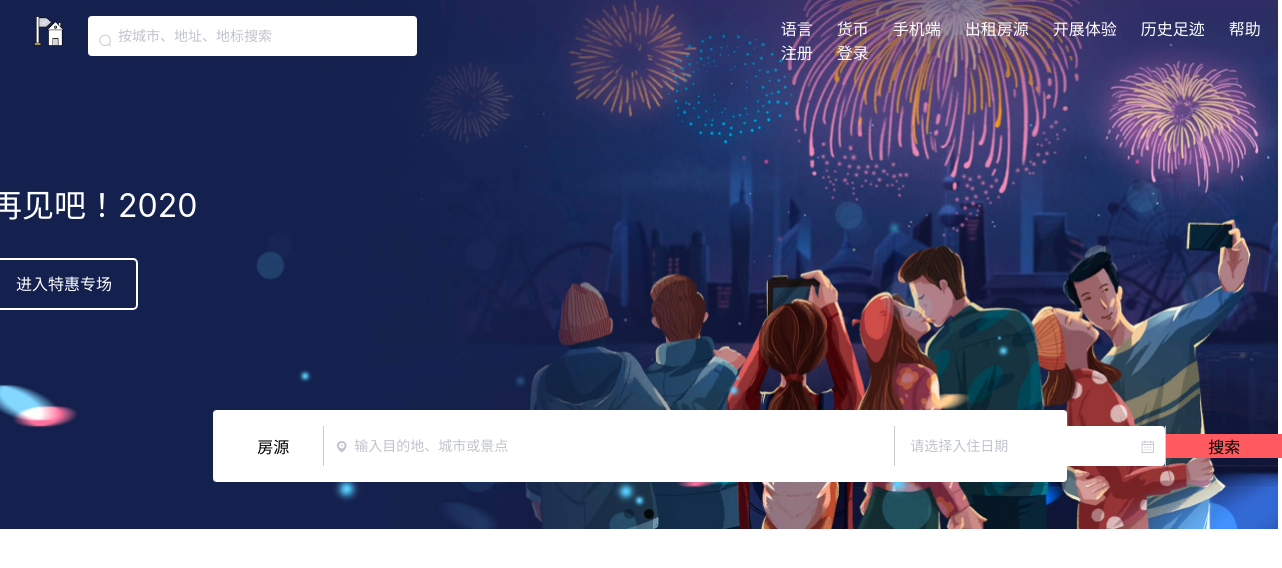
Repository: yz1181214391/my-airbnb
Page: /
These files come from the project's save history. The page is drawn as it stood at one moment and after the next save; the edit follows.
The browser window is 1280 px wide. The page is 1282 px wide, so the pictures cover 1282 px, including what lies to the right of the window. The pictures show the whole page.
The project was rebuilt for these pictures with package versions that can differ from the ones it lists, and the page was loaded fresh each time. Also part of the build but not shown: src/views/Language.vue, src/views/Currency.vue, src/views/Enter.vue, src/views/Experience.vue, src/views/Help.vue, src/views/History.vue, src/views/Mobile.vue, src/views/Register.vue and 1 more.

Above is the page before, as saved 2020-12-14 16:22:02.

### src/App.vue
<template>
  <div id="app">
    <div class="app-header">
      <Header/>
      <Banner class="banner"/>
    </div>

  </div>

</template>

<script>
import Banner from './components/Banner'
import Header from './components/Header'

export default {
   name: 'app',
  components:{
    Banner,
    Header
  }
}
</script>


<style lang="less">
// #app {
//   font-family: Avenir, Helvetica, Arial, sans-serif;
//   -webkit-font-smoothing: antialiased;
//   -moz-osx-font-smoothing: grayscale;
//   text-align: center;
//   color: #2c3e50;
// }

  html,body {margin: 0;padding: 0;height: 100%;width: 100%;}
  a {text-decoration: none;}
  body,div,dl,dt,dd,ul,ol,li,h1,h2,h3,h4,h5,h6,pre,form,fieldset,input,textarea,p,blockquote,th,td {margin: 0;padding: 0;}
  table {border-collapse: collapse;border-spacing: 0;}
  fieldset,img {border: 0;}
  address,caption,cite,code,dfn,em,strong,th,var {font-style: normal;font-weight: normal;}
  ol,ul {list-style: none;}
  caption,th {text-align: left;}
  h1,h2,h3,h4,h5,h6 {font-size: 100%;font-weight: normal;}
  q:before,q:after {content: '';}
  abbr,acronym {border: 0;}
  body{
      font-family: "Chinese Quote", -apple-system, BlinkMacSystemFont, "Segoe UI", "PingFang SC", "Hiragino Sans GB", "Microsoft YaHei", "Helvetica Neue", Helvetica, Arial, sans-serif, "Apple Color Emoji", "Segoe UI Emoji", "Segoe UI Symbol";
  }

  .banner{
    position: absolute;
    left: 0;
    top: 0;
    z-index: -1;
  }
</style>

### src/router/index.js
import Vue from 'vue'
import VueRouter from 'vue-router'

import Language from '../views/Language.vue'
import Currency from '../views/Currency.vue'
import Enter from '../views/Enter.vue'
import Experience from '../views/Experience.vue'
import Help from '../views/Help.vue'
import History from '../views/History.vue'
import Mobile from '../views/Mobile.vue'
import Register from '../views/Register.vue'
import Room from '../views/Room.vue'



Vue.use(VueRouter)

const routes = [
  // {
  //   path: '/',
  //   name: 'Language',
  //   component: Language
  // },
  // {
  //   path: '/Currency',
  //   name: 'Currency',
  //   // route level code-splitting
  //   // this generates a separate chunk (about.[hash].js) for this route
  //   // which is lazy-loaded when the route is visited.
  //   component: () => import(/* webpackChunkName: "about" */ '../views/Currency.vue')
  // }
  { path : '/Language', component : Language},
  { path : '/Currency', component : Currency},
  { path : '/Enter', component : Enter},
  { path : '/Experience', component : Experience},
  { path : '/Help', component : Help},
  { path : '/History', component : History},
  { path : '/Mobile', component : Mobile},
  { path : '/Register', component : Register},
  { path : '/Room', component : Room},
]

const router = new VueRouter({
  mode: 'history',
  base: process.env.BASE_URL,
  routes
})

export default router

### src/components/Banner.vue
<template>
  <div class="banner-box">
      <div class="banner">
          <img v-for="(v,i) in img " :key="i" :src="v" v-show="i==n" alt="">
          <div class="banner-circle">
              <ul>
                 <li v-for="(v,i) in img" :key="i" :class="i==n ? 'selected' : ''"></li>
              </ul>
          </div>
      </div>
  </div>
</template>

<script>
export default {
  data (){
      return{
          n:0,
          img:[
              require("../assets/img/banner1.jpg"),
              require("../assets/img/banner2.jpeg")
          ]
      }
  },
  methods : {
      fun:function(){
          setInterval(this.play,5000)
      },
      play:function(){
          this.n++;
          if(this.n == this.img.length){
              this.n = 0
          }
      }
  },
  mounted:function(){
          this.fun()
      }
}
</script>
<style>
    .banner-box{
      width: 100%;
      height: 529px;
    }
    ul{
        list-style-type: none;
    }
    .banner{
        position: relative;
    }
    .banner .banner-circle{
        position: absolute;
        bottom: 5px;
        left: 0;
        right: 0;
        color: #ffffff;
    }
    .banner .banner-circle li{
        display: inline-block;
        background: rgba(0,0,0,0.3);
        border-radius: 50%;
        padding: 5px;
        margin: 5px;
    }
    .banner .banner-circle ul{
        text-align: center;
    }
    .banner .banner-circle .selected{
        background: rgba(0,0,0,0.8);
    }
    .banner img{
        width: 100%;
        height: 529px;
        margin: 0;
        padding: 0;
    }
</style>

### src/components/Header.vue
<template>
    <div class="airbnb-box">
      <el-row :gutter="20">
        <el-col :span="8">
          <div class="grid-content bg-purple" style="display:flex">
            <a href="###"><img class="logo" src="../assets/img/012-zhandian.png" alt=""></a>
            <el-input v-model="input" style="width: 460px;height: 48px;" prefix-icon='el-icon-search' placeholder="按城市、地址、地标搜索"></el-input>
          </div>
        </el-col>
        <el-col :span="10" :offset="6">
          <div class="grid-content bg-purple nav-box">
            <router-link to="/Language">语言</router-link>
            <router-link to="/Currency">货币</router-link>
            <router-link to="/Mobile">手机端</router-link>
            <router-link to="/Room">出租房源</router-link>
            <router-link to="/Experience">开展体验</router-link>
            <router-link to="/History">历史足迹</router-link>
            <router-link to="/Help">帮助</router-link>
            <router-link to="/Register">注册</router-link>
            <router-link to="/Enter">登录</router-link>
          </div>
        </el-col>
      </el-row>
      <el-row :gutter="20">
        <el-col :span="6" :offset="6">
          <div class="grid-content bg-purple" style="margin:80px 0; margin-left:-340px">
            <h1 style="font-size:32px;color:#fff">再见吧！2020</h1>
            <div class="preferential-btn">进入特惠专场</div>
          </div>
        </el-col>
        <el-col :span="6" :offset="6"><div class="grid-content bg-purple"></div></el-col>
      </el-row>
      <el-row :gutter="20">
        <el-col :span="16" :offset="4" class="input-box">
          <!-- <div class="grid-content bg-purple1"> -->
            <div class="demo-input-suffix" style="display:flex;align-items: center;">
              <div style="width:100px;height:100%; text-align: center;">房源</div>
              <div style="width:570px;height:100%;border-right: 1px solid #cccccc;border-left: 1px solid #cccccc;">
                <el-input
                  placeholder="输入目的地、城市或景点"
                  prefix-icon="el-icon-location"
                  v-model="input21">
                </el-input>
              </div>
              <div style="width:270px;height:100%;border-right: 1px solid #cccccc;">
                <el-input
                  placeholder="请选择入住日期"
                  suffix-icon="el-icon-date"
                  v-model="input2">
                </el-input>
              </div>
              <div style="width:116px;height:100%;text-align: center;">
                <div class="search-btn">搜索</div>
              </div>
            </div>
          <!-- </div> -->
        </el-col>
      </el-row>
    </div>
</template>

<script>
// import Banner from './components/Banner'
export default {
    data(){
      return {
        input:'',
        input2:'',
        input21:'',
      }
    }
  // components:{
  //   Banner
  // }
}
</script>


<style lang="less">
  html,body {margin: 0;padding: 0;height: 100%;width: 100%;}
  a {text-decoration: none;}
  body,div,dl,dt,dd,ul,ol,li,h1,h2,h3,h4,h5,h6,pre,form,fieldset,input,textarea,p,blockquote,th,td {margin: 0;padding: 0;}
  table {border-collapse: collapse;border-spacing: 0;}
  fieldset,img {border: 0;}
  address,caption,cite,code,dfn,em,strong,th,var {font-style: normal;font-weight: normal;}
  ol,ul {list-style: none;}
  caption,th {text-align: left;}
  h1,h2,h3,h4,h5,h6 {font-size: 100%;font-weight: normal;}
  q:before,q:after {content: '';}
  abbr,acronym {border: 0;}
  body{
      font-family: "Chinese Quote", -apple-system, BlinkMacSystemFont, "Segoe UI", "PingFang SC", "Hiragino Sans GB", "Microsoft YaHei", "Helvetica Neue", Helvetica, Arial, sans-serif, "Apple Color Emoji", "Segoe UI Emoji", "Segoe UI Symbol";
  }
input{
  border:none !important;

}

.airbnb-box{
    width: 100%;
    height: 529px;

    // background-color: #cccccc;
  }

.el-row {
    margin-bottom: 20px;
    margin-left: 0 !important;
    margin-right: 0 !important;
    display: flex;
    &:first-child{

      align-items: center;
      width: 100%;
      height: 80px;

      // background-color: #99a9bf;
    }
    &:last-child {
      margin-bottom: 0;
    }
  }
  .el-col {
    border-radius: 4px;
  }
  .bg-purple-dark {
    background: #99a9bf;
  }
  .bg-purple1 {
    // height: 40px;
    // background: #d3dce6;
  }
  .bg-purple-light {
    background: #e5e9f2;
  }
  .grid-content {
    border-radius: 4px;
    min-height: 36px;
  }
  .row-bg {
    padding: 10px 0;
    background-color: #f9fafc;
  }


.logo{
  width: 30px;
  height: 30px;
  margin: 0 24px;
}
.preferential-btn{
  width:144px;
  height:48px;
  border:2px solid #ffff;
  border-radius:5px;
  text-align: center;
  line-height: 48px;
  color:#fff;
  margin: 32px 0;
}
.nav-box > a{
  margin-left: 24px;
  color: #fff;
}
.input-box{
  width: 100%;
  height: 72px;
  background-color: #fff;
  display: flex;
  align-items: center;
}
.search-btn{
  background-color: #FF5A5F;
}
</style>

Loaded but not shown: public/index.html (common file); src/main.js (common file); src/store/index.js (common file)

After the next save:
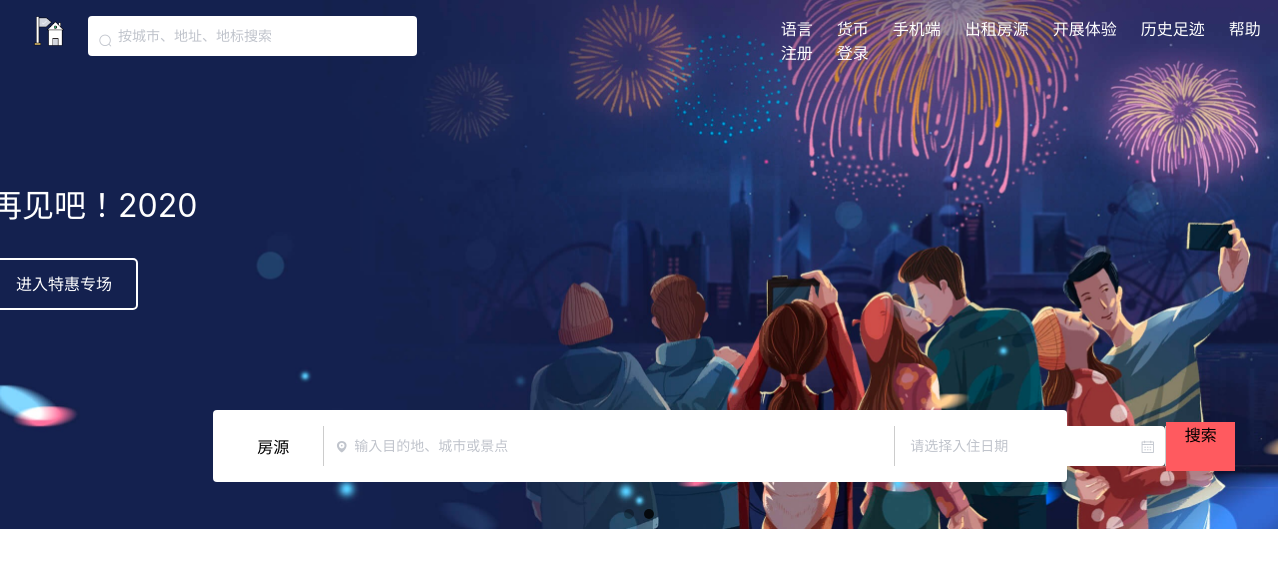
Saved 48 s later.
--- a/src/components/Header.vue
+++ b/src/components/Header.vue
@@ -170,6 +170,8 @@ input{
   align-items: center;
 }
 .search-btn{
+  width: 69px;
+  height: 49px;
   background-color: #FF5A5F;
 }
 </style>
